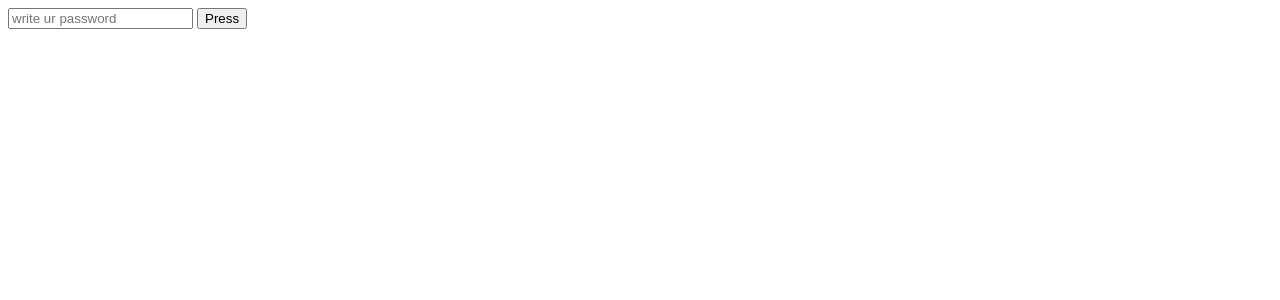
Repository: qtqqrdy13/password-checker
Page: index.html
The author's editor kept a copy of each file at every save. The page is drawn from the files as they stood at one save, then again after the next save.
The browser window is 1280 px wide. The pictures show the whole page.

Above is the page before, as saved 2025-01-02 19:19:18.

### index.html
<!DOCTYPE html>
<html lang="en">
<head>
    <meta charset="UTF-8">
    <meta name="viewport" content="width=device-width, initial-scale=1.0">
    <title>Document</title>
    <link rel="stylesheet" href="style.css">
</head>
<body>
    <input type="password" placeholder="write ur password" id="inputPassword">
    <button type="submit" oninput="btn()">Press</button>
    <script src="script.js"></script>
</body>
</html>

### script.js
const input = document.getElementById("inputPassword");

if (input.length < 6) {
    alert("Ur password to short,try again!");
}
function btn(){
const passValid = /^[a-zA-Z0-9-_+/]{6-12}/
const result = input.match(passValid);
console.log(result);
}

Loaded but not shown: style.css (no stored copy; drawn as an empty file)

After the next save:
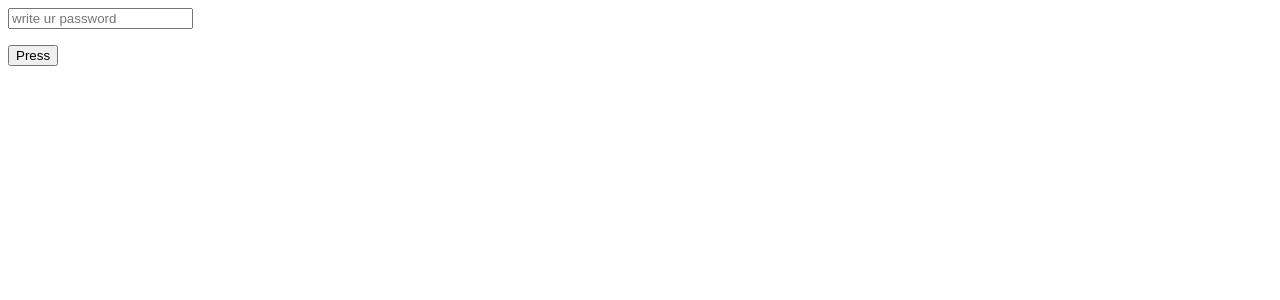
Saved 7 min 19 s later.
--- a/index.html
+++ b/index.html
@@ -8,6 +8,7 @@
 </head>
 <body>
     <input type="password" placeholder="write ur password" id="inputPassword">
+    <p id="checkPass"></p>
     <button type="submit" oninput="btn()">Press</button>
     <script src="script.js"></script>
 </body>
--- a/script.js
+++ b/script.js
@@ -1,10 +1,27 @@
+// const input = document.getElementById("inputPassword");
+
+// if (input.length < 6) {
+//     alert("Ur password to short,try again!");
+// }
+// const passValid = /^[a-zA-Z0-9-_+/]{6-12}/
+// const result = input.match(passValid);
+// console.log(result);
+// function btn(){
+
+// }
+
 const input = document.getElementById("inputPassword");
+const easyHardPass = document.getElementById("checkPass");
 
-if (input.length < 6) {
-    alert("Ur password to short,try again!");
+input.oninput = () => {
+    const checker = input.value();
+    if (input.length < 6) {
+        alert("Ur password to short,try again!");
+    }
+    else if (checker.match(/^[a-zA-Z0-9-_+/]{6-12}/)) {
+        alert("you have a strong password");
+    }
+    else {
+        alert("its okay,but you can better");
+    }
 }
-function btn(){
-const passValid = /^[a-zA-Z0-9-_+/]{6-12}/
-const result = input.match(passValid);
-console.log(result);
-}
